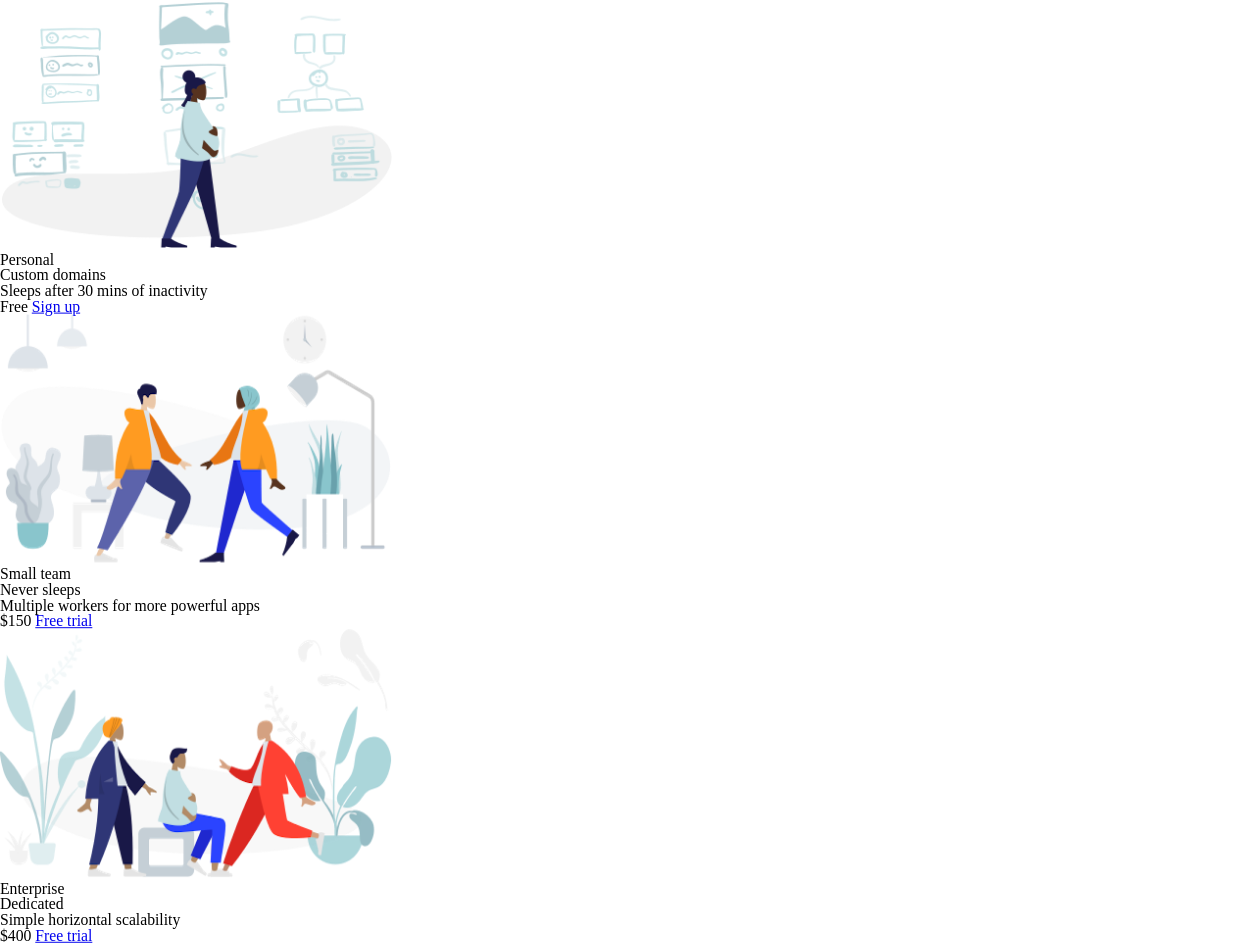
Repository: zhFIsHappy/UdemyFullStack
Page: PriceTable/index.html
The author's editor kept a copy of each file at every save. The page is drawn from the files as they stood at one save, then again after a run of saves.
The browser window is 1280 px wide. The pictures show the whole page, at 98% of full size.

Above is the page before, as saved 2022-03-26 19:28:25.

### PriceTable/index.html
<!DOCTYPE html>
<html lang="en">

<head>
    <meta charset="UTF-8">
    <meta name="viewport" content="width=device-width, initial-scale=1.0">
    <title>Price Tiers</title>
    <link rel="stylesheet" href="https://fonts.googleapis.com/css?family=Open+Sans:400,600,700">
    <link rel="stylesheet" href="app.css">
</head>

<body>
    <div class="panel pricing-table">

        <div class="pricing-plan">
            <img src="icons/icon1.png" alt="" class="pricing-img">
            <h2 class="pricing-header">Personal</h2>
            <ul class="pricing-features">
                <li class="pricing-features-item">Custom domains</li>
                <li class="pricing-features-item">Sleeps after 30 mins of inactivity</li>
            </ul>
            <span class="pricing-price">Free</span>
            <a href="#/" class="pricing-button">Sign up</a>
        </div>

        <div class="pricing-plan">
            <img src="icons/icon2.png" alt="" class="pricing-img">
            <h2 class="pricing-header">Small team</h2>
            <ul class="pricing-features">
                <li class="pricing-features-item">Never sleeps</li>
                <li class="pricing-features-item">Multiple workers for more powerful apps</li>
            </ul>
            <span class="pricing-price">$150</span>
            <a href="#/" class="pricing-button is-featured">Free trial</a>
        </div>

        <div class="pricing-plan">
            <img src="icons/icon3.png" alt="" class="pricing-img">
            <h2 class="pricing-header">Enterprise</h2>
            <ul class="pricing-features">
                <li class="pricing-features-item">Dedicated</li>
                <li class="pricing-features-item">Simple horizontal scalability</li>
            </ul>
            <span class="pricing-price">$400</span>
            <a href="#/" class="pricing-button">Free trial</a>
        </div>

    </div>

</body>

</html>

### PriceTable/app.css
/* http://meyerweb.com/eric/tools/css/reset/
   v2.0 | 20110126
   License: none (public domain)
*/

html, body, div, span, applet, object, iframe,
h1, h2, h3, h4, h5, h6, p, blockquote, pre,
a, abbr, acronym, address, big, cite, code,
del, dfn, em, img, ins, kbd, q, s, samp,
small, strike, strong, sub, sup, tt, var,
b, u, i, center,
dl, dt, dd, ol, ul, li,
fieldset, form, label, legend,
table, caption, tbody, tfoot, thead, tr, th, td,
article, aside, canvas, details, embed,
figure, figcaption, footer, header, hgroup,
menu, nav, output, ruby, section, summary,
time, mark, audio, video {
	margin: 0;
	padding: 0;
	border: 0;
	font-size: 100%;
	font: inherit;
	vertical-align: baseline;
}
/* HTML5 display-role reset for older browsers */
article, aside, details, figcaption, figure,
footer, header, hgroup, menu, nav, section {
	display: block;
}
body {
	line-height: 1;
}
ol, ul {
	list-style: none;
}
blockquote, q {
	quotes: none;
}
blockquote:before, blockquote:after,
q:before, q:after {
	content: '';
	content: none;
}
table {
	border-collapse: collapse;
	border-spacing: 0;
}

body{
    background-colo:
}

After the next 3 saves:
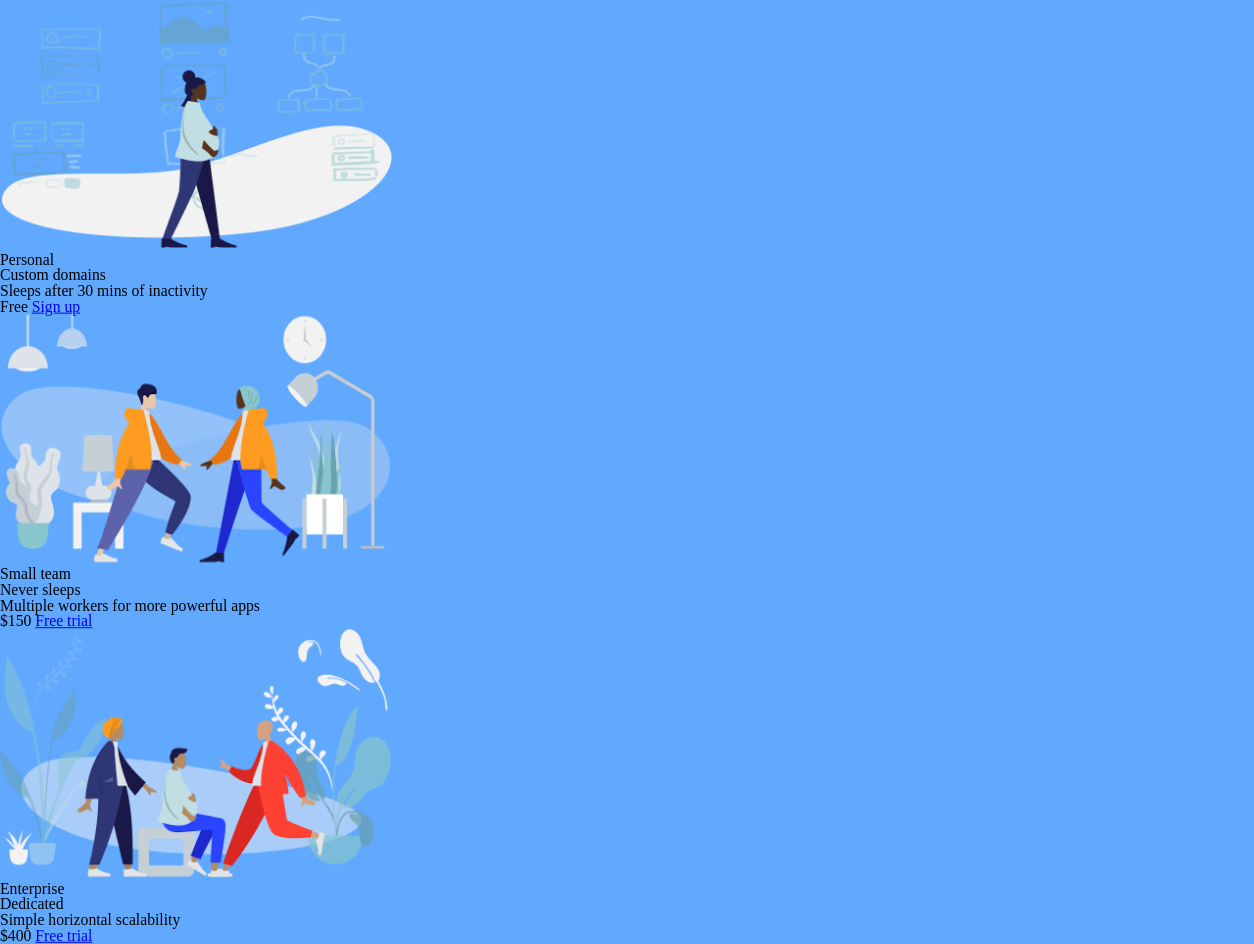
The 3 saves are shown as one change because they came seconds apart.
The last was saved 9 s later.
--- a/PriceTable/app.css
+++ b/PriceTable/app.css
@@ -48,5 +48,6 @@ table {
 }
 
 body{
-    background-colo:
+    background-color: #60a9ff;
+
 }
